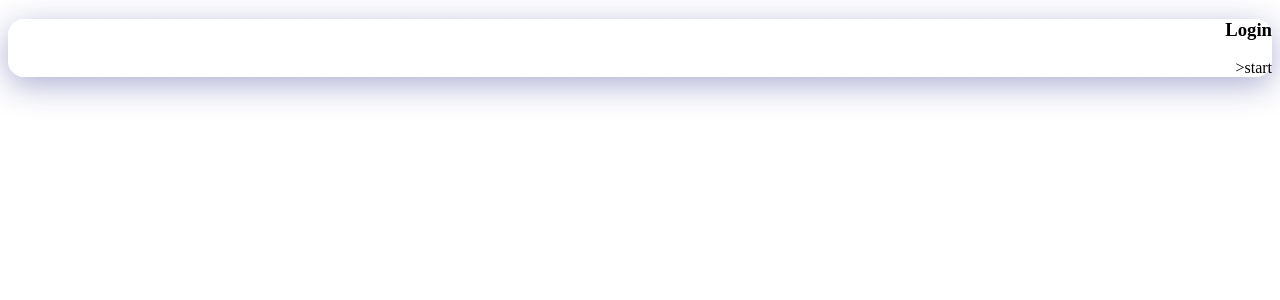
Repository: umarrg/isatmis
Page: /
These files come from the project's save history. The page is drawn as it stood at one moment and after the next save; the edit follows.
The browser window is 1280 px wide. The pictures show the whole page.
The project was rebuilt for these pictures with package versions that can differ from the ones it lists, and the page was loaded fresh each time. Also part of the build but not shown: vue.config.js, src/views/Home.vue. Imported but missing from the stored project, and not drawn on this page: src/plugins/vuetify, src/views/about.vue, src/views/setting.vue.

Above is the page before, as saved 2021-01-26 12:28:52.

After the next save:
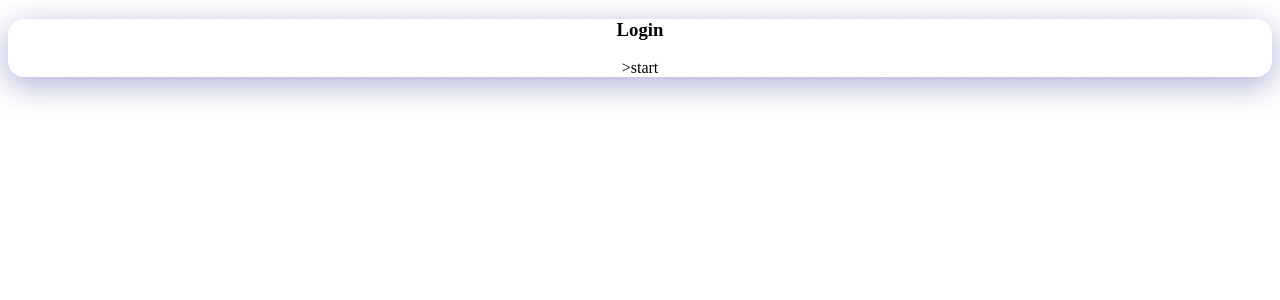
Saved 16 s later.
--- a/src/views/signin.vue
+++ b/src/views/signin.vue
@@ -3,7 +3,7 @@
     <v-main class="custom__bg">
       <v-container fill-height>
         <v-col>
-          <v-row justify="end" align="end">
+          <v-row justify="end" align="center">
             <v-col cols="4">
               <div>
                 <div class="custom__card">
